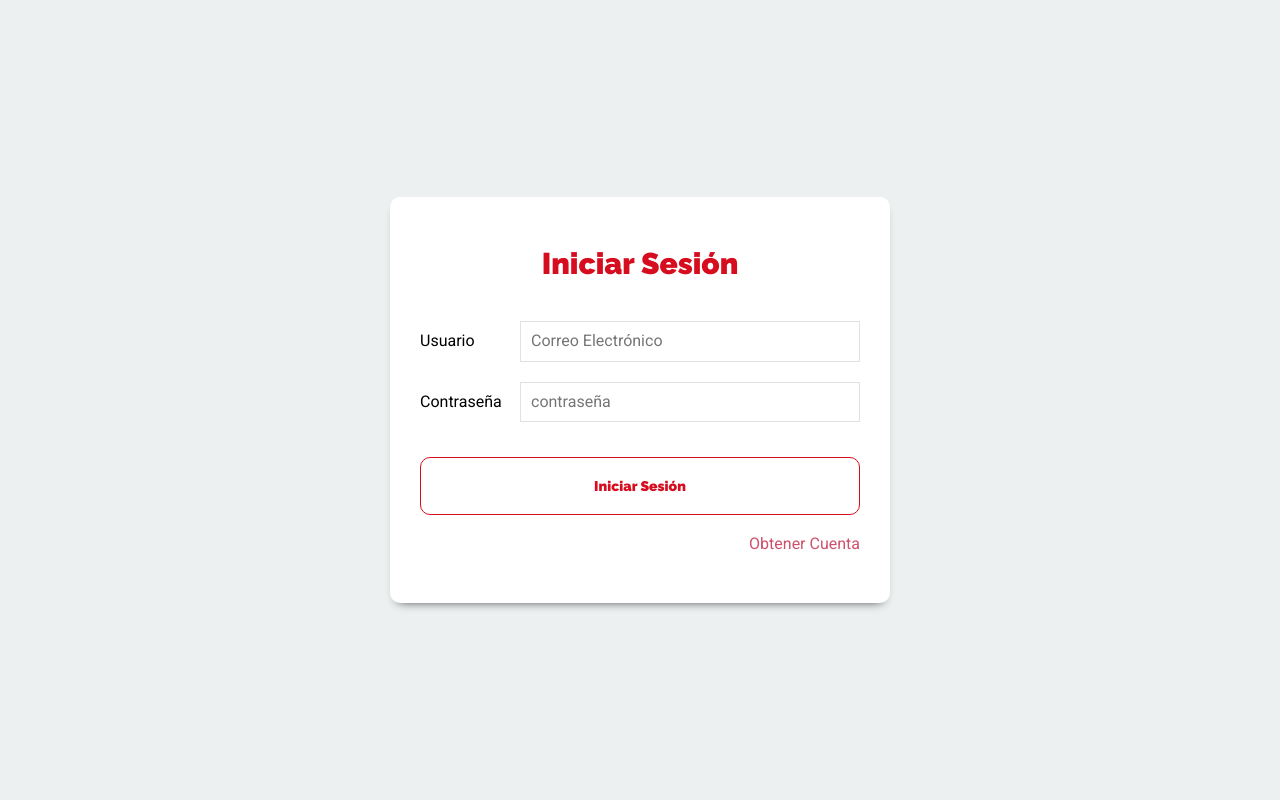
Repository: andrescovarrubias/admin-proyectos
Page: / (app in cliente/)
These files come from the project's save history. The page is drawn as it stood at one moment and after the next save; the edit follows.
The browser window is 1280 px wide. The pictures show the whole page.
The project was rebuilt for these pictures with package versions that can differ from the ones it lists, and the page was loaded fresh each time. Also part of the build but not shown: cliente/src/components/auth/NuevaCuenta.jsx, cliente/src/components/proyectos/NuevoProyecto.jsx, cliente/src/components/layout/SideBar.jsx, cliente/src/components/proyectos/Proyectos.jsx.

Above is the page before, as saved 2020-10-31 17:38:40.

After the next save:
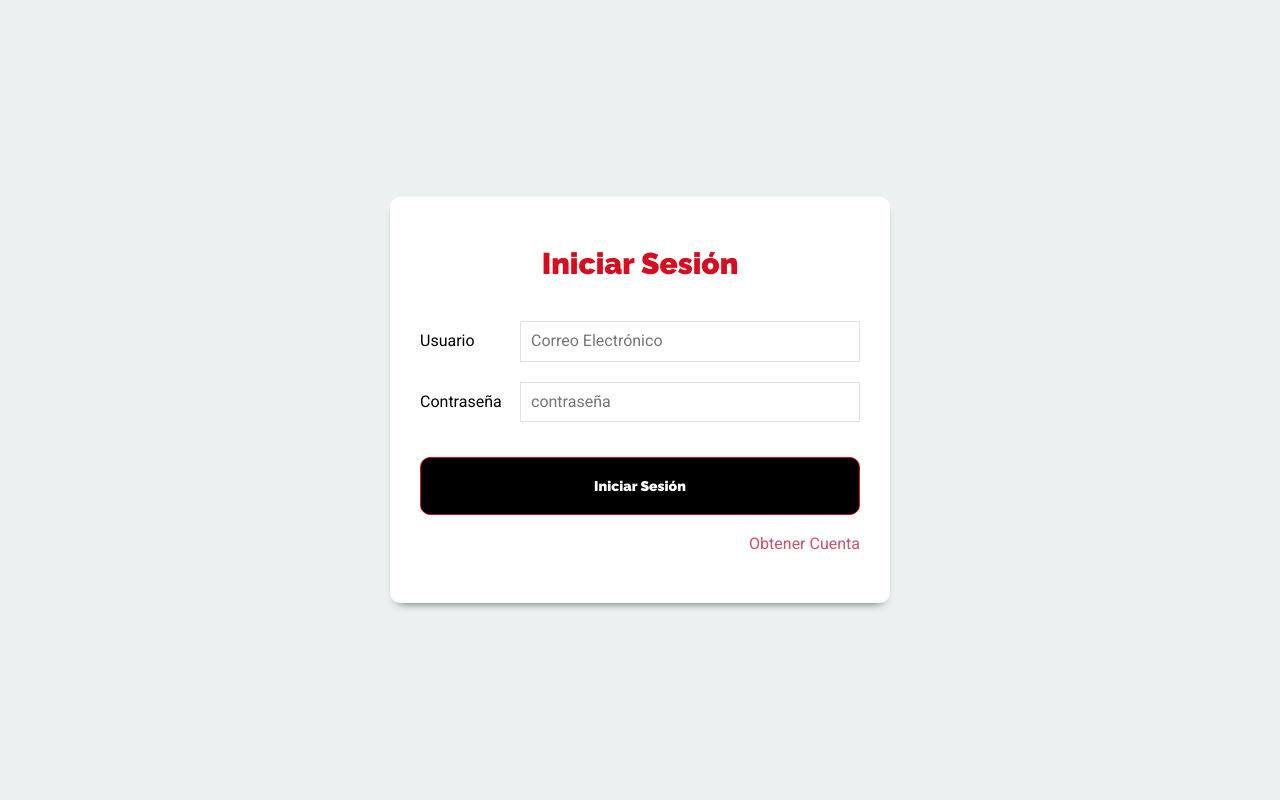
Saved 77 s later.
--- a/cliente/src/index.css
+++ b/cliente/src/index.css
@@ -73,11 +73,11 @@ a {
   cursor: pointer;
 }
 .btn-primario {
-  background-color: var(--blanco);
-  color: var(--rojo);
+  background-color: black;
+  color: var(--blanco);
 }
 .btn-primario:hover {
-  background: var(--rojo3);
+  background: black;
   color: var(--blanco);
 }
 .btn-secundario {
